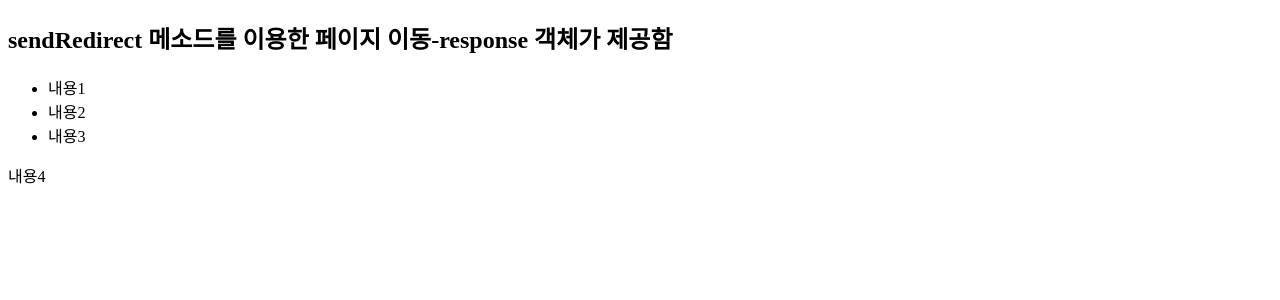
Repository: mkchocho/workspace_jsp
Page: http://localhost/basic0512/move/a1.jsp
The author's editor kept a copy of each file at every save. The page is drawn from the files as they stood at one save, then again after the next save.
The browser window is 1280 px wide. The pictures show the whole page.
The page is served by Tomcat 9.

Above is the page before, as saved 2023-05-15 07:44:25.

After the next save:
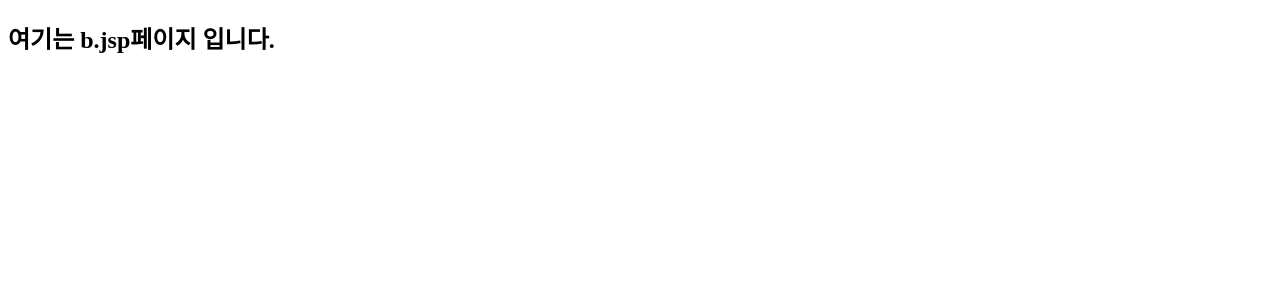
Saved 4 min 51 s later.
--- a/basic0512/src/main/webapp/move/a1.jsp
+++ b/basic0512/src/main/webapp/move/a1.jsp
@@ -15,7 +15,8 @@
     </ul>
     <%
         //4번
-        //response.sendRedirect("b.jsp");
+        RequestDispatcher view = request.getRequestDispatcher("b1.jsp");
+    	view.forward(request, response);//요청객체와 응답객체의 주소번지를 넘긴다????
     %>
     <p>내용4</p>
 </body>
